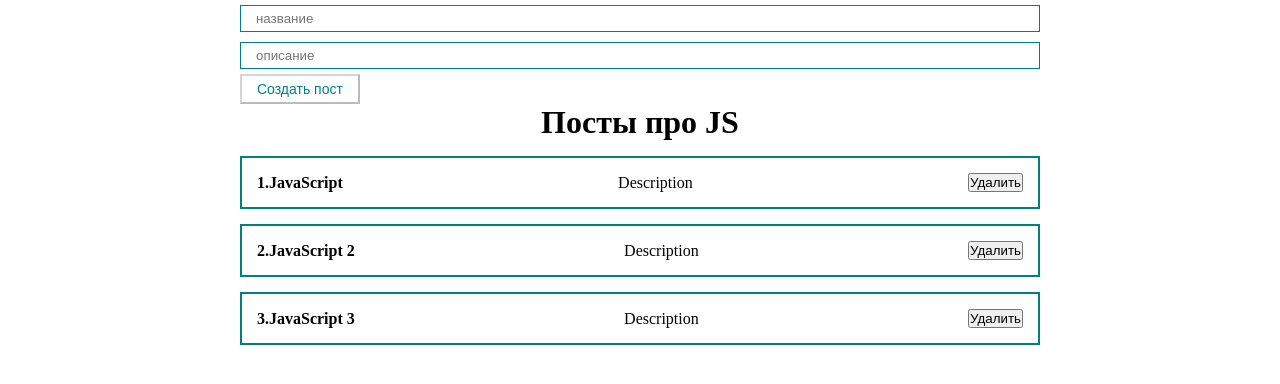
Repository: otvertka/ulb2_react
Page: / (app in jk_project/)
These files come from the project's save history. The page is drawn as it stood at one moment and after a run of saves; the edit follows.
The browser window is 1280 px wide. The pictures show the whole page.
The project was rebuilt for these pictures with package versions that can differ from the ones it lists, and the page was loaded fresh each time. Also part of the build but not shown: jk_project/src/component/Counter.jsx, jk_project/src/component/ClassCounter.jsx.

Above is the page before, as saved 2023-09-08 12:49:18.

### jk_project/public/index.html
<!DOCTYPE html>
<html lang="en">
  <head>
    <meta charset="utf-8" />

    <meta name="viewport" content="width=device-width, initial-scale=1" />

    <title>React App</title>
  </head>
  <body>
    <noscript>You need to enable JavaScript to run this app.</noscript>
    <div id="root"></div>
    <!-- Здесь будет приложение JS -->
  </body>
</html>

### jk_project/src/App.js
import React, { useState } from "react";
import Counter from "./component/Counter";
import ClassCounter from "./component/ClassCounter";
import classes from "./styles/App.css";
import PostItem from "./component/PostItem";
import PostList from "./component/PostList";
import MyButton from "./component/UI/button/MyButton";
import MyInput from "./component/UI/input/MyInput";

function App() {
  const [posts, setPosts] = useState([
    { id: 1, title: "JavaScript", body: "Description" },
    { id: 2, title: "JavaScript 2", body: "Description" },
    { id: 3, title: "JavaScript 3", body: "Description" },
  ]);

  return (
    <div className="App">
      <form>
        <MyInput type="text" placeholder="название" />
        <MyInput type="text" placeholder="описание" />
        <MyButton disabled>Создать пост</MyButton>
      </form>
      <PostList posts={posts} title="Посты про JS" />
    </div>
  );
}

export default App;

### jk_project/src/styles/app.css
* {
  margin: 0;
  padding: 0;
  box-sizing: border-box;
}

#root {
  display: flex;
  justify-content: center;
}

.App {
  width: 800px;
}

.post {
  display: flex;
  padding: 15px;
  border: 2px solid teal;
  margin-top: 15px;
  justify-content: space-between;
  align-items: center;
}

### jk_project/src/component/PostItem.jsx
import React from "react";

const PostItem = (props) => {
  console.log(props);
  return (
    <div>
      <div className="post">
        <div className="post__content">
          <strong>
            {props.post.id}.{props.post.title}
          </strong>
        </div>
        <div>{props.post.body}</div>
        <div className="post__btns">
          <button>Удалить</button>
        </div>
      </div>
    </div>
  );
};

export default PostItem;

### jk_project/src/component/PostList.jsx
import React from "react";
import PostItem from "./PostItem";

const PostList = ({ posts, title }) => {
  return (
    <div>
      <h1 style={{ textAlign: "center" }}>{title}</h1>
      {posts.map((post) => (
        <PostItem post={post} key={post.id} />
      ))}
    </div>
  );
};

export default PostList;

### jk_project/src/component/UI/button/MyButton.jsx
import React from "react";
import classes from "./MyButton.module.css";

const MyButton = ({ children, ...props }) => {
  return (
    <button {...props} className={classes.myBtn}>
      {children}
    </button>
  );
};

export default MyButton;

### jk_project/src/component/UI/input/myInput.jsx
import React from "react";
import classes from "./MyInput.module.css";

const MyInput = (props) => {
  return <input className={classes.myInput} {...props}></input>;
};

export default MyInput;

### jk_project/src/component/UI/button/MyButton.module.css
.myBtn {
  padding: 5px 15px;
  color: teal;
  font-size: 14px;
  background: transparent;
  border: 1px solod teal;
  cursor: pointer;
}

Loaded but not shown: jk_project/src/index.js (common file); jk_project/src/component/UI/input/myInput.module.css (common file)

After the next 3 saves:
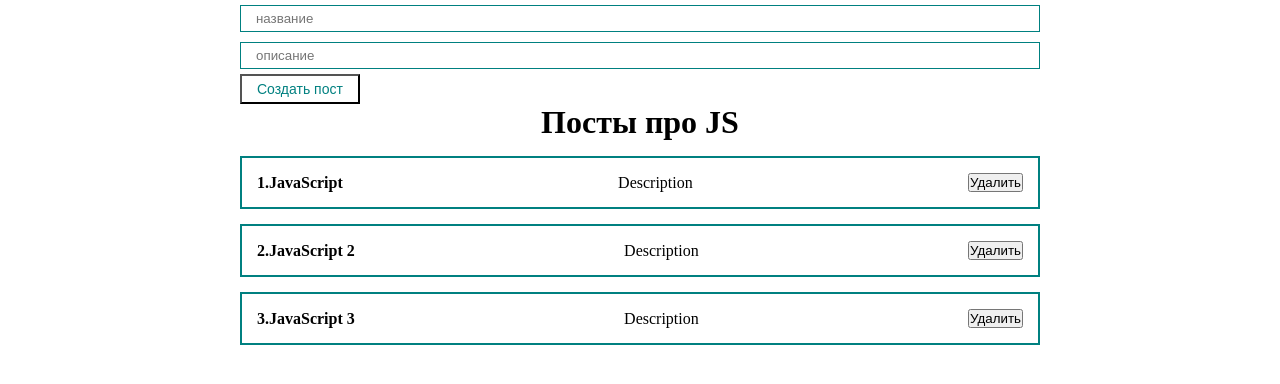
The 3 saves are shown as one change because 2 did not build or start.
The last was saved 3 min 20 s later.
--- a/jk_project/src/App.js
+++ b/jk_project/src/App.js
@@ -14,12 +14,15 @@ function App() {
     { id: 3, title: "JavaScript 3", body: "Description" },
   ]);
 
+  const [title, setTitle] = useState("начать..");
+  const addNewPost = () => {};
+
   return (
     <div className="App">
       <form>
         <MyInput type="text" placeholder="название" />
         <MyInput type="text" placeholder="описание" />
-        <MyButton disabled>Создать пост</MyButton>
+        <MyButton onClick={addNewPost}>Создать пост</MyButton>
       </form>
       <PostList posts={posts} title="Посты про JS" />
     </div>
